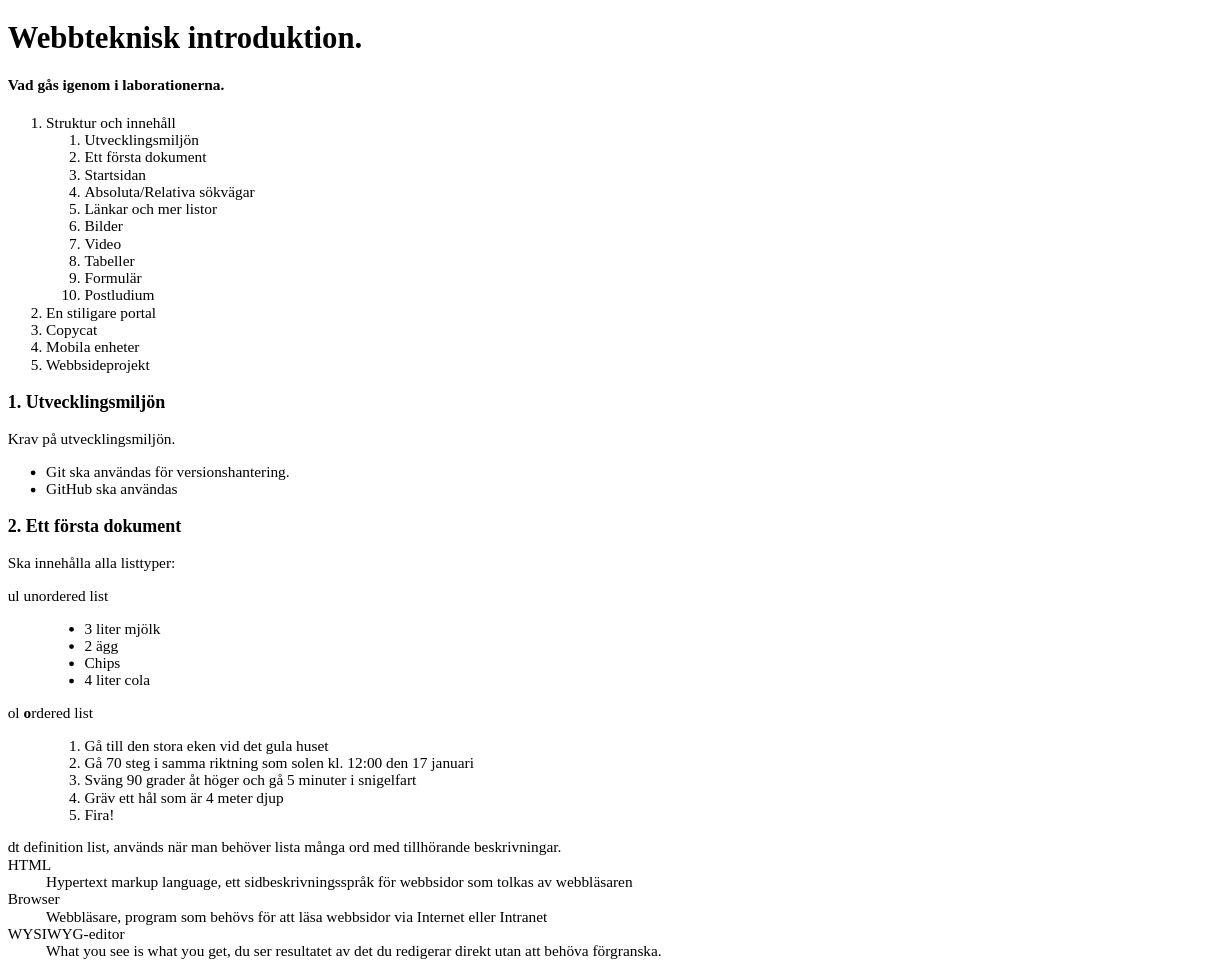
Repository: ulfek/laborationer
Page: pages/presentation.html
The author's editor kept a record of every edit. The page is drawn from the files as they stood at one moment, then again after the next edit.
The browser window is 1280 px wide. The pictures show the whole page, at 96% of full size.

Above is the page before.

### pages/presentation.html
<!doctype html>
<html>
    <head>
    <meta charset="utf-8" />

    <body>
        <!-- Test av kommentar -->
        <h1>Webbteknisk introduktion.</h1>
        <h4>Vad gås igenom i laborationerna.</h4>
        <ol>
            <li>Struktur och innehåll
                <ol>
                    <li>Utvecklingsmiljön</li>
                    <li>Ett första dokument</li>
                    <li>Startsidan</li>
                    <li>Absoluta/Relativa sökvägar</li>
                    <li>Länkar och mer listor</li>
                    <li>Bilder</li>
                    <li>Video</li>
                    <li>Tabeller</li>
                    <li>Formulär</li>
                    <li>Postludium</li>
                </ol>
            </li>

            <li>En stiligare portal</li>
            <li>Copycat</li>
            <li>Mobila enheter</li>
            <li>Webbsideprojekt</li>
        </ol>
        <h3>1. Utvecklingsmiljön</h3>
        Krav på utvecklingsmiljön.
            <ul>
                <li>Git ska användas för versionshantering.</li>
                <li>GitHub ska användas</li>
            </ul>

        <h3>2. Ett första dokument</h3>
        Ska innehålla alla listtyper:
            <dl>
                <dt>ul unordered list</dt>
                     <dd>
                         <ul>
                             <li>3 liter mjölk</li>
                             <li>2 ägg</li>
                             <li>Chips</li>
                             <li>4 liter cola</li>
                         </ul>
                     </dd>
                <dt>ol <b>o</b>rdered list</dt>
                     <dd>
                         <ol>
                             <li>Gå till den stora eken vid det gula huset</li>
                             <li>Gå 70 steg i samma riktning som solen kl. 12:00 den 17 januari</li>
                             <li>Sväng 90 grader åt höger och gå 5 minuter i snigelfart</li>
                             <li>Gräv ett hål som är 4 meter djup</li>
                             <li>Fira!</li>
                         </ol>
                     </dd>
                <dt>dt definition list, används när man behöver lista många ord med tillhörande beskrivningar.</dt>
                    <dd>
                        <dt>HTML</dt>
                            <dd>Hypertext markup language, ett sidbeskrivningsspråk för webbsidor som tolkas av webbläsaren</dd>
                        <dt>Browser</dt>
                            <dd>Webbläsare, program som behövs för att läsa webbsidor via Internet eller Intranet</dd>
                        <dt>WYSIWYG-editor</dt>
                            <dd>What you see is what you get, du ser resultatet av det du redigerar direkt utan att behöva förgranska.</dd>
                    </dd>
</body>

</html>

After the next edit:
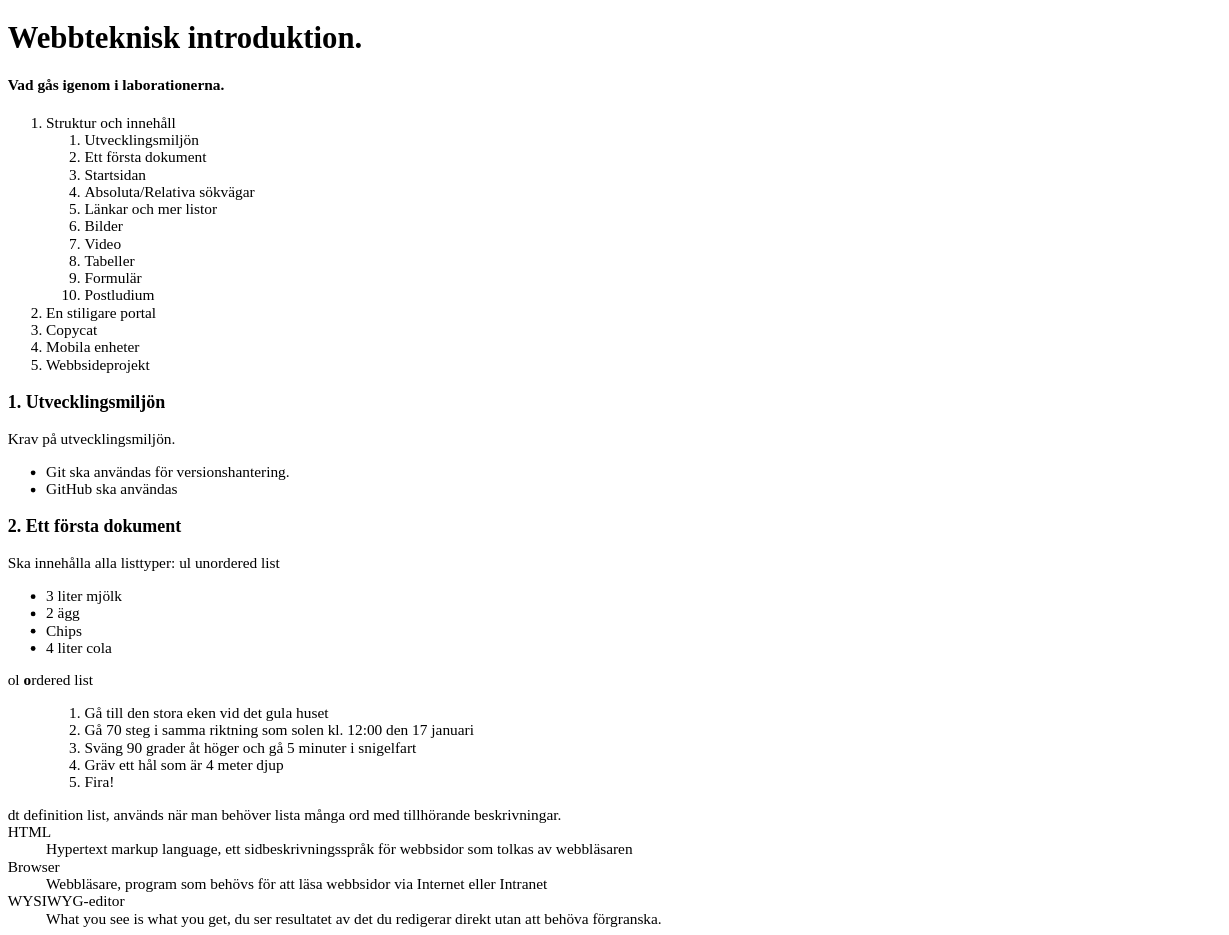
The edit:
--- a/pages/presentation.html
+++ b/pages/presentation.html
@@ -37,9 +37,7 @@
 
         <h3>2. Ett första dokument</h3>
         Ska innehålla alla listtyper:
-            <dl>
-                <dt>ul unordered list</dt>
-                     <dd>
+                ul unordered list
                          <ul>
                              <li>3 liter mjölk</li>
                              <li>2 ägg</li>
